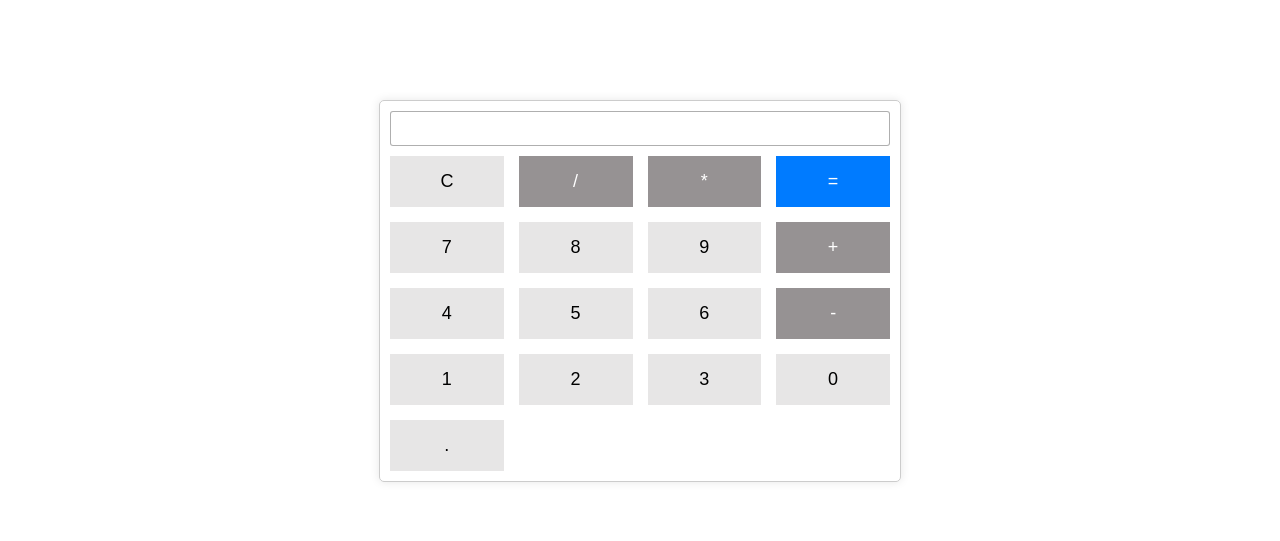
Repository: om9011/calculator
Page: index.html
These files come from the project's save history. The page is drawn as it stood at one moment and after the next save; the edit follows.
The browser window is 1280 px wide. The pictures show the whole page.

Above is the page before, as saved 2024-02-21 11:17:08.

### index.html
<!DOCTYPE html>
<html lang="en">
<head>
  <meta charset="UTF-8">
  <meta name="viewport" content="width=device-width, initial-scale=1.0">
  <title>Calculator</title>
  <link rel="stylesheet" href="styles.css">
</head>
<body>
  <div class="calculator">
    <input type="text" id="display" readonly>
    <div class="buttons">
      <button onclick="clearDisplay()">C</button>
      <button class="operator" onclick="appendToDisplay('/')">/</button>
      <button class="operator" onclick="appendToDisplay('*')">*</button>
      <button class="calculate" onclick="calculate()">=</button>

      <button onclick="appendToDisplay('7')">7</button>
      <button onclick="appendToDisplay('8')">8</button>
      <button onclick="appendToDisplay('9')">9</button>
      <button class="operator" onclick="appendToDisplay('+')">+</button>

      <button onclick="appendToDisplay('4')">4</button>
      <button onclick="appendToDisplay('5')">5</button>
      <button onclick="appendToDisplay('6')">6</button>
      <button class="operator" onclick="appendToDisplay('-')">-</button>

      <button onclick="appendToDisplay('1')">1</button>
      <button onclick="appendToDisplay('2')">2</button>
      <button onclick="appendToDisplay('3')">3</button>
      <button onclick="appendToDisplay('0')">0</button>

      <button onclick="appendToDisplay('.')">.</button>
    </div>
  </div>
  <script src="script.js"></script>
</body>
</html>

### styles.css
.calculator {
  width: 500px;
  margin: 100px auto;
  border: 1px solid #ccc;
  padding: 10px;
  border-radius: 5px;
  box-shadow: 0 0 10px rgba(0, 0, 0, 0.1);
}

#display {
  width: calc(100% - 12px);
  margin-bottom: 10px;
  padding: 5px;
  font-size: 20px;
  border: 1.5px solid rgba(77, 77, 77, 0.447)  ;
  border-radius: 3px;
  outline: none;
}

.buttons {
  display: grid;
  grid-template-columns: repeat(4, 1fr);
  gap: 15px;
}

button {
  padding: 15px;
  font-size: 18px;
  border: none;
  outline: none;
  cursor: pointer;
  background-color: #e7e6e6;
  transition: background-color 0.3s ease;
}

button:hover {
  background-color: #e9ecef;
  color: black;
}

.operator {
  background-color: #969293;
  color: #fff;
}

.calculate {
  background-color: #007bff;
  color: #fff;
}

### script.js
function appendToDisplay(value) {
    document.getElementById('display').value += value;
  }

  function clearDisplay() {
    document.getElementById('display').value = '';
  }

  function calculate() {
    var display = document.getElementById('display');
    try {
      display.value = eval(display.value);
    } catch (error) {
      display.value = 'Error';
    }
  }

After the next save:
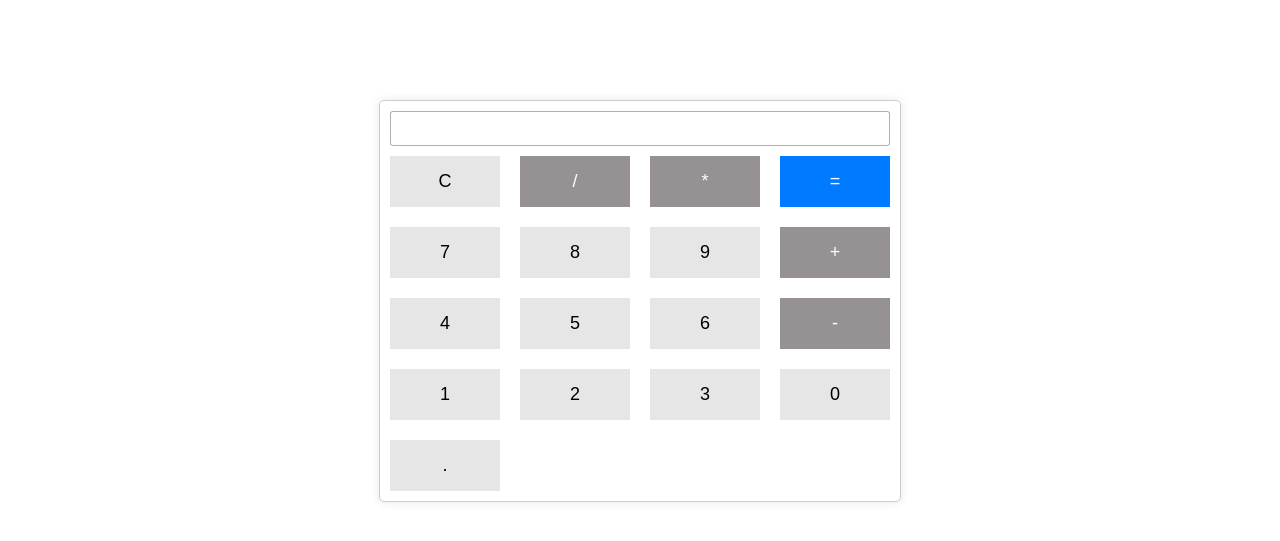
Saved 10 s later.
--- a/styles.css
+++ b/styles.css
@@ -20,7 +20,7 @@
 .buttons {
   display: grid;
   grid-template-columns: repeat(4, 1fr);
-  gap: 15px;
+  gap: 20px;
 }
 
 button {
